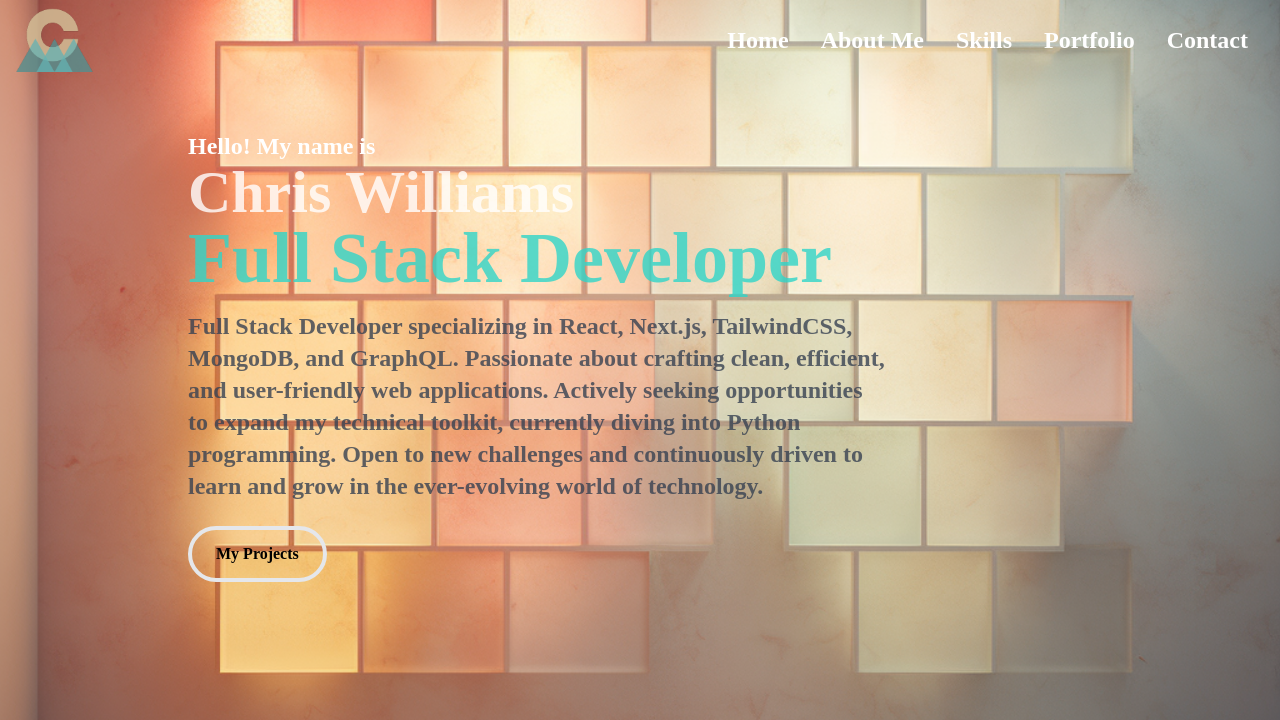
Repository: ChrisT303/portfolio-react
Page: /
These files come from the project's save history. The page is drawn as it stood at one moment and after the next save; the edit follows.
The browser window is 1280 px wide. The pictures show the whole page.
The project was rebuilt for these pictures with package versions that can differ from the ones it lists, and the page was loaded fresh each time. Also part of the build but not shown: src/components/AboutMe.js, src/data/LogoData.js, src/components/Experience.js, src/components/Modal.js, src/components/Contact.js, src/data/ProjectData.js, src/components/Work.js.

Above is the page before, as saved 2023-09-28 18:16:33.

### src/index.css
@tailwind base;
@tailwind components;
@tailwind utilities;

@import url("https://fonts.googleapis.com/css2?family=Raleway:wght@300;400;500;600;700;800;900&display=swap");

@layer base {
  body {
    @apply font-[Raleway];
  }
  li {
    @apply px-4;
    @apply cursor-pointer;
  }
}

.nav-hover {
  @apply hover:animate-pulse hover:text-[#30D5C8];
}

.text-main {
  @apply text-[#212020];
}

.peach {
  @apply text-[#212020] text-opacity-80;
}

.bdr {
  @apply border-[#30D5C8];
}

.form-bg {
  @apply bg-[#ccd6f6];
}

.hero-btn {
  @apply text-black font-bold border-4 rounded-full px-6 py-3 my-2 flex items-center hover:animate-pulse duration-100 hover:bg-[#30D5C8] hover:border-[#3e7a7a] hover:font-black;
}

.con-btn {
  @apply text-main border-2 hover:bg-[#30D5C8] hover:border-[#3e7a7a] hover:font-bold px-4 py-3 my-8 mx-auto flex items-center;
}
.modal-btn {
  @apply text-black border-4 rounded-lg hover:bg-[#30D5C8] hover:border-[#3e7a7a] hover:font-bold px-3 py-2 my-8 mx-auto flex justify-between items-center;
}

@media (min-width: 768px) {
  .hovereffect {
    width: 100%;
    height: 400px;
    float: left;
    overflow: hidden;
    position: relative;
    text-align: center;
    cursor: default;
  }

  .hovereffect .overlay {
    width: 100%;
    height: 100%;
    position: absolute;
    overflow: hidden;
    left: 0;
    background-color: rgba(255, 255, 255, 0.7);
    top: -200px;
    opacity: 0;
    filter: alpha(opacity=0);
    -webkit-transition: all 0.1s ease-out 0.5s;
    transition: all 0.1s ease-out 0.5s;
    display: flex;
    flex-direction: column;
    justify-content: center;
    align-items: center;
    gap: 20px;

  }

  .hovereffect:hover .overlay {
    opacity: 1;
    filter: alpha(opacity=100);
    top: 0px;
    -webkit-transition-delay: 0s;
    transition-delay: 0s;
  }

  .hovereffect img {
    display: block;
    position: relative;
  }

  .hovereffect h2 {
    text-transform: uppercase;
    color: #feb8c5;
    text-align: center;
    position: relative;
    font-size: 17px;
    padding: 10px;
    background: rgba(0, 0, 0, 0.6);
    -webkit-transform: translateY(-200px);
    -ms-transform: translateY(-200px);
    transform: translateY(-200px);
    -webkit-transition: all ease-in-out 0.1s;
    transition: all ease-in-out 0.1s;
    -webkit-transition-delay: 0.3s;
    transition-delay: 0.3s;
  }

  .hovereffect:hover h2 {
    -webkit-transform: translateY(0px);
    -ms-transform: translateY(0px);
    transform: translateY(0px);
    -webkit-transition-delay: 0.3s;
    transition-delay: 0.3s;
  }

  .hovereffect a.info {
    display: inline-block;
    text-decoration: none;
    padding: 7px 14px;
    text-transform: uppercase;
    margin: 50px 20px 0 0;
    background-color: transparent;
    -webkit-transform: translateY(-200px);
    -ms-transform: translateY(-200px);
    transform: translateY(-200px);
    color: #000;
    border: 1px solid #000;
    -webkit-transition: all ease-in-out 0.3s;
    transition: all ease-in-out 0.3s;
  }

  .hovereffect a.info:hover {
    box-shadow: 0 0 5px #fff;
  }

  .hovereffect:hover a.info {
    -webkit-transform: translateY(0px);
    -ms-transform: translateY(0px);
    transform: translateY(0px);
    box-shadow: 0 0 5px #000;
    color: #000;
    border: 1px solid #000;
    -webkit-transition-delay: 0.3s;
    transition-delay: 0.3s;
  }
}

a.info:hover {
  color: #6cc644;
}

.bounce {
  display: inline-block;
  position: relative;
  -moz-animation: bounce 0.5s infinite linear;
  -o-animation: bounce 0.5s infinite linear;
  -webkit-animation: bounce 0.5s infinite linear;
  animation: bounce 0.5s infinite linear;
}

.backdrop {
  position: fixed;
  top: 0;
  left: 0;
  width: 100%;
  height: 100vh;
  z-index: 10;
  background: rgba(0, 0, 0, 0.75);
}

.modalPos {
  position: fixed;
  top: 30vh;
  left: 10%;
  width: 80%;
  z-index: 100;
  overflow: hidden;
}

.header {
  background: #31708e;
  padding: 1rem;
}

.header h2 {
  margin: 0;
  color: white;
  font-weight: bold;
}

.content {
  display: flex;
  justify-content: space-between;
  padding: 1rem;
  background: white;
}

.actions {
  padding: 1rem;
  display: flex;
  justify-content: flex-end;
}

.project-image {
  width: 100%;
  height: 400px;
  object-fit: cover;
}

.button-container {
  display: flex;
  justify-content: center;
  gap: 20px;
  margin-top: 20px;
}

.tech-container {
  display: flex;
  justify-content: center;
  gap: 5px;
  flex-wrap: wrap;
}

.tooltip {
  visibility: hidden;
  background-color: #555;
  color: #fff;
  text-align: center;
  padding: 5px 10px;
  border-radius: 6px;
  position: absolute;
  z-index: 1;
  bottom: 100%;
  left: 50%;
  margin-left: -60px;
  opacity: 0;
  transition: opacity 0.3s;
}

.tooltip::after {
  content: "";
  position: absolute;
  top: 100%;
  left: 50%;
  margin-left: -5px;
  border-width: 5px;
  border-style: solid;
  border-color: #555 transparent transparent transparent;
}

.container:hover .tooltip {
  visibility: visible;
  opacity: 1;
}



@media (min-width: 768px) {
  .modalPos {
    left: calc(50% - 20rem);
    width: 40rem;
  }
}

### src/App.js

import Navigation from "./components/Navigation";
import Hero from "./components/Hero";
import AboutMe from "./components/AboutMe";
// import Footer from "./components/Footer";
import Experience from "./components/Experience";
import Contact from "./components/Contact";
import Work from "./components/Work";
import React from "react";
import { HashRouter as Router, Routes, Route } from "react-router-dom";


const App = () => {
  return (
    <Router>
      <Navigation />
      <Routes>
        <Route path="/" element={<Hero />} />
        <Route path="/about" element={<AboutMe />} />
        <Route path="/experience" element={<Experience />} />
        <Route path="/work" element={<Work />} />
        <Route path="/contact" element={<Contact />} />
      </Routes>
      {/* <Footer /> */}
    </Router>
  );
};



export default App;

### src/components/Navigation.js
import React, { useState, useEffect } from "react";
import { NavLink } from "react-router-dom";
import { FaBars, FaTimes } from "react-icons/fa";
import Logo from "../assets/newlogo.png";
import Footer from "./Footer";

const Navigation = () => {
  const [nav, setNav] = useState(false);
  const [isMobile, setIsMobile] = useState(window.innerWidth <= 768);

  const handleClick = () => setNav(!nav);

  const handleResize = () => {
    setIsMobile(window.innerWidth <= 768);
  };

  useEffect(() => {
    window.addEventListener('resize', handleResize);
    return () => {
      window.removeEventListener('resize', handleResize);
    };
  }, []);


  return (
    <div className="fixed w-full h-[80px] flex justify-between items-center px-4 bg-inherit text-main text-2xl font-semibold z-10">
      <div>
        <img src={Logo} alt="Logo" className="hidden md:flex h-16" />
      </div>
      <ul className="hidden md:flex">
        <li>
          <NavLink to="/" className="nav-hover text-white">
            Home
          </NavLink>
        </li>
        <li>
          <NavLink to="/about" className="nav-hover text-white">
            About Me
          </NavLink>
        </li>
        <li>
          <NavLink to="/experience" className="nav-hover text-white">
            Skills
          </NavLink>
        </li>
        <li>
          <NavLink to="/work" className="nav-hover text-white">
            Portfolio
          </NavLink>
        </li>
        <li>
          <NavLink to="/contact" className="nav-hover text-white">
            Contact
          </NavLink>
        </li>
      </ul>

      <div onClick={handleClick} className="md:hidden z-100">
        {!nav ? <FaBars /> : <FaTimes />}
      </div>
      <ul
        className={
          !nav
            ? "hidden"
            : "absolute top-0 left-0 w-full h-screen main flex flex-col justify-center items-center bg-black md:bg-black "
        }
      >
              {nav && (
        <div
          onClick={handleClick}
          className="absolute top-4 right-4 z-50 cursor-pointer text-white"
          style={{ fontSize: '24px' }} // Adjust the size as needed
        >
          <FaTimes />
        </div>
      )}

        <li className="py-6 text-4xl">
          <NavLink
            onClick={handleClick}
            to="/"
            className="nav-hover text-white"
          >
            Home
          </NavLink>
        </li>
        <li className="py-6 text-4xl">
          <NavLink
            onClick={handleClick}
            to="/about"
            className="nav-hover text-white"
          >
            About Me
          </NavLink>
        </li>
        <li className="py-6 text-4xl">
          <NavLink
            onClick={handleClick}
            to="/experience"
            className="nav-hover text-white"
          >
            Skills
          </NavLink>
        </li>
        <li className="py-6 text-4xl">
          <NavLink
            onClick={handleClick}
            to="/work"
            className="nav-hover text-white"
          >
            Portfolio
          </NavLink>
        </li>
        <li className="py-6 text-4xl">
          <NavLink
            onClick={handleClick}
            to="/contact"
            className="nav-hover text-white"
          >
            Contact
          </NavLink>
        </li>
        {(!isMobile || (isMobile && nav)) && <Footer />}

      </ul>
    </div>
  );
};

export default Navigation;

### src/components/Hero.js
import React from "react";
import { NavLink } from "react-router-dom";
import Footer from "./Footer";

const Hero = () => {
  return (
    <div className="w-full h-screen  bg-eyes  bg-cover bg-center">
      <div className="max-w-[1000px] mx-auto px-12 flex flex-col justify-center  h-full">
        <p className="text-white text-2xl font-bold "> Hello! My name is </p>
        <h1 className="text-3xl sm:text-6xl font-bold text-white text-opacity-80">
          Chris Williams
        </h1>
        <h2 className="text-3xl sm:text-7xl font-bold text-[#30D5C8] text-opacity-80">
          Full Stack Developer
        </h2>
        <p className="text-gray-700 font-bold py-4 text-l sm:text-2xl max-w-[700px] text-opacity-80">
        Full Stack Developer specializing in React, Next.js, TailwindCSS, MongoDB, and GraphQL. Passionate about crafting clean, efficient, and user-friendly web applications. Actively seeking opportunities to expand my technical toolkit, currently diving into Python programming. Open to new challenges and continuously driven to learn and grow in the ever-evolving world of technology.

        </p>
        <div className="text-white">
          <button className="hero-btn">
            <NavLink to="/work">My Projects</NavLink>
          </button>
        </div>
      </div>
      <Footer />
    </div>
  );
};

export default Hero;

### src/components/Footer.js
import React from "react";
import { FaLinkedin, FaGithub } from "react-icons/fa";
import { HiFolderDownload } from "react-icons/hi";

const Footer = ({ hideOnMobile = true }) => {
  return (
    <footer
      className="bg-inherit fixed bottom-0 left-0 w-full"
      style={{ display: hideOnMobile ? 'none' : 'block' }}
    >


      <div>
        <div>
          <div className="max-w-[1000px] mx-auto pt-4 pb-2">
            <ul className="w-full space-y-2 grid grid-cols-3 auto-cols-max mb-0 gap-8 justify-center">
              <li>
                <a
                  href="https://www.linkedin.com/in/christopher-williams-368b29201/"
                  className="text-gray-300 group hover:text-[#0072b1]"
                >
                  <h2 className="invisible md:group-hover:visible md:group-hover:animate-bounce pt-2">
                    LinkedIn
                  </h2>
                  <FaLinkedin size={50} />
                </a>
              </li>
              <li>
                <a
                  href="https://github.com/deftonechris"
                  className="text-gray-300 group hover:text-[#6cc644]"
                >
                  <h2 className="invisible md:group-hover:visible md:group-hover:animate-bounce">
                    GitHub
                  </h2>
                  <FaGithub size={50} />
                </a>
              </li>
              <li>
                <a
                  href="https://drive.google.com/file/d/1F9QXAFgH3DuC2GkPuuiRkouwcBjN8J8z/view?usp=drive_link"
                  className="text-gray-300 group hover:text-red-600"
                >
                  <h2 className="invisible md:group-hover:visible md:group-hover:animate-bounce">
                    Resume
                  </h2>
                  <HiFolderDownload size={50} />
                </a>
              </li>
            </ul>
          </div>
        </div>
      </div>
    </footer>
  );
};

export default Footer;

### tailwind.config.js
/** @type {import('tailwindcss').Config} */
module.exports = {
  content: ["./src/**/*.{js,jsx,ts,tsx}"],
  theme: {
    extend: {
      backgroundImage: {
        eyes: "url('./assets/wallPatern.png')",
      },
    },
  },
  plugins: [],
};

Loaded but not shown: public/index.html (common file); src/index.js (common file)

After the next save:
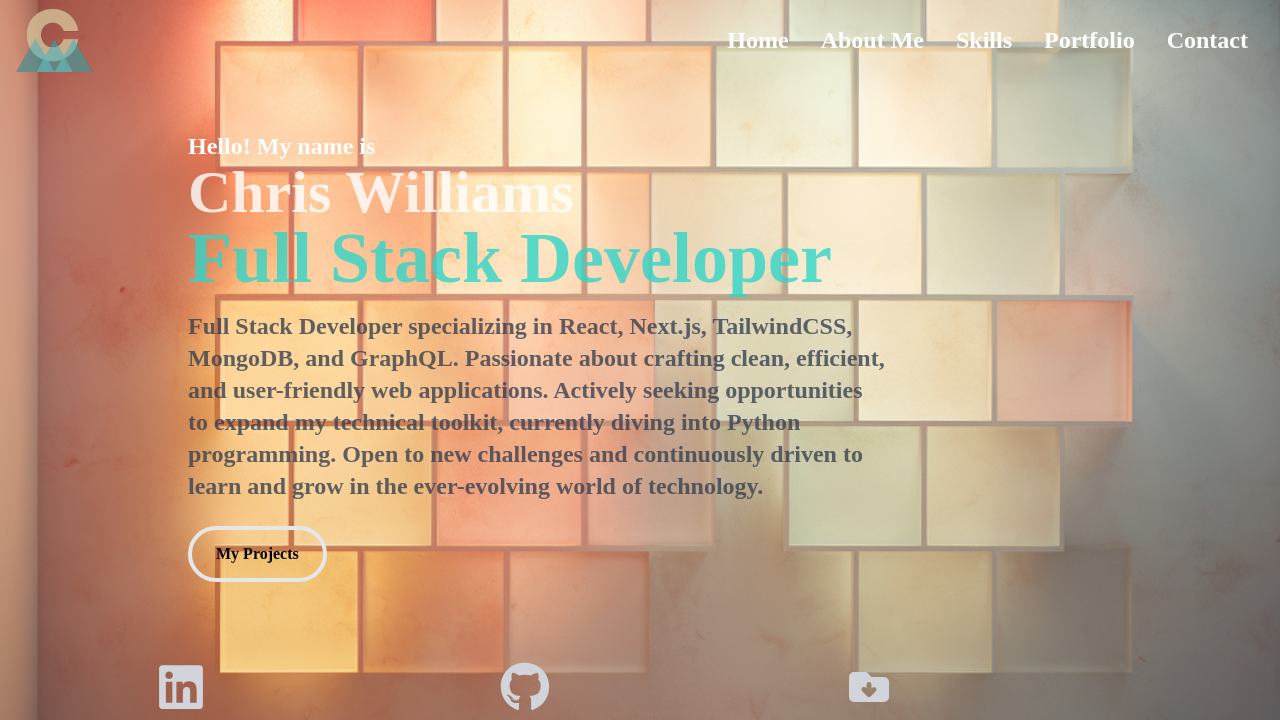
Saved 35 s later.
--- a/src/components/Footer.js
+++ b/src/components/Footer.js
@@ -2,12 +2,9 @@ import React from "react";
 import { FaLinkedin, FaGithub } from "react-icons/fa";
 import { HiFolderDownload } from "react-icons/hi";
 
-const Footer = ({ hideOnMobile = true }) => {
+const Footer = () => {
   return (
-    <footer
-      className="bg-inherit fixed bottom-0 left-0 w-full"
-      style={{ display: hideOnMobile ? 'none' : 'block' }}
-    >
+    <footer className="bg-inherit fixed bottom-0 left-0 w-full">
 
 
       <div>
